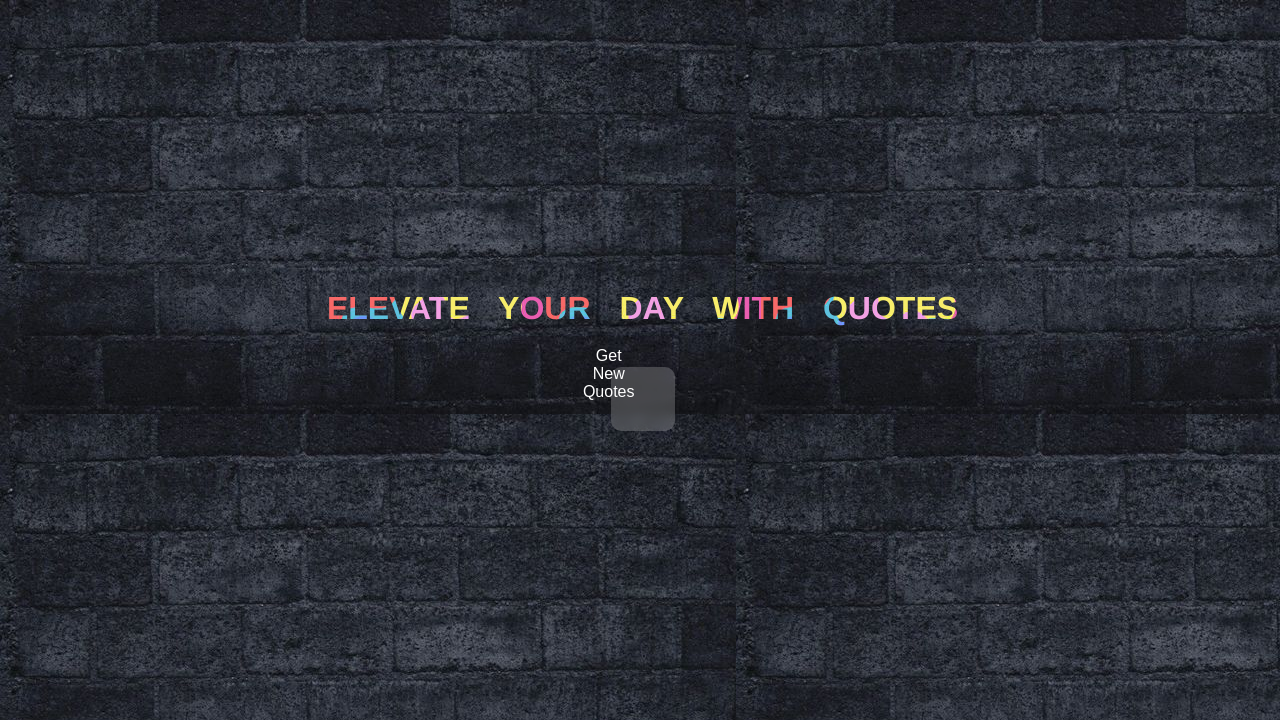
Repository: Bhavik-Sanghar/Quote-app
Page: /
An editor plug-in stored every save of this project. The page is shown before and after the next save, followed by the edit.
The browser window is 1280 px wide. The pictures show the whole page.
The page's requests for data from a server got no answer. The project was rebuilt for these pictures with package versions that can differ from the ones it lists, and the page was loaded fresh each time. No one was signed in, and anything a server would have sent is missing. Also part of the build but not shown: src/styles.css.

Above is the page before, as saved 2023-08-18 15:49:50.

After the next save:
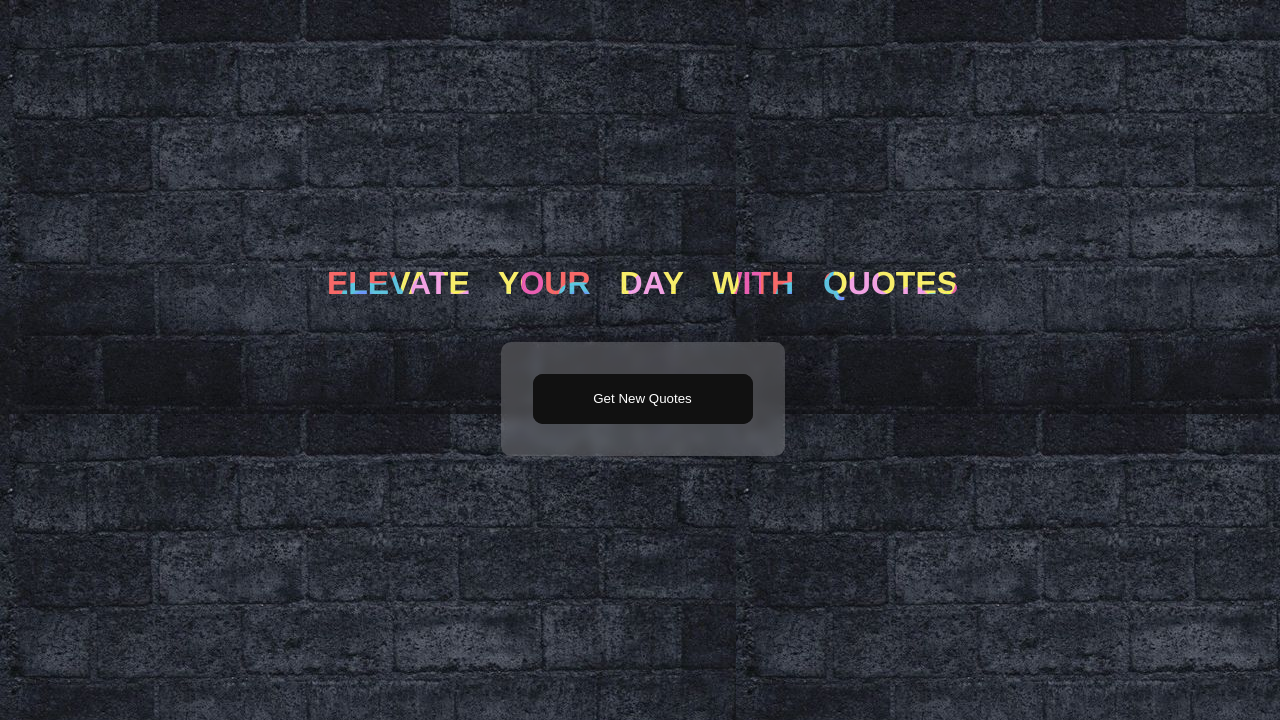
Saved 12 s later.
--- a/src/components/NewQuote.js
+++ b/src/components/NewQuote.js
@@ -38,7 +38,7 @@ const QuoteComponent = () => {
             <p className="quote-text">{quote.quote}</p>
             <p className="author">- {quote.author}</p>
           </div>
-        ))} <button className="fetch-button" onClick={handleFetchNewQuotes}>
+        ))} <button className="glow-on-hover" onClick={handleFetchNewQuotes}>
            Get New Quotes
       </button>
       </div>
